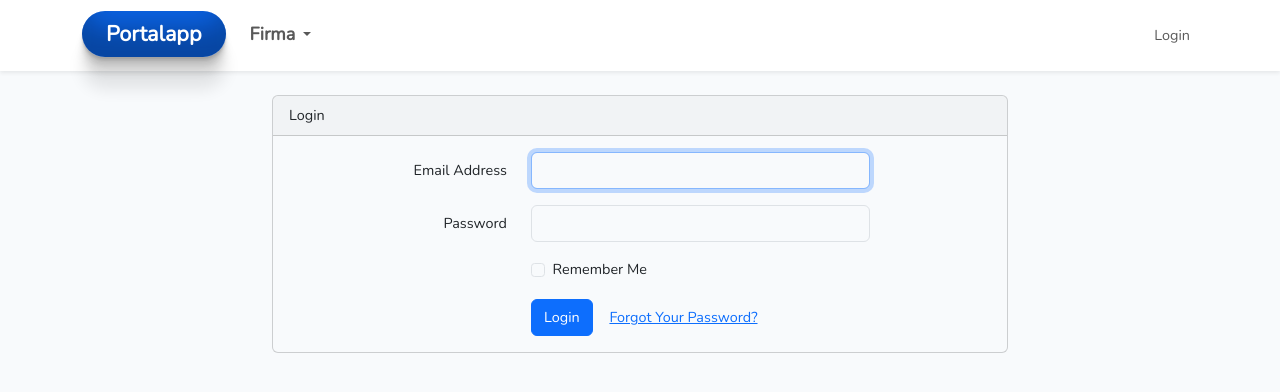
Repository: oguzhansade/portalapp
Page: http://localhost/login
These files come from the project's save history. The page is drawn as it stood at one moment and after the next save; the edit follows.
The browser window is 1280 px wide. The pictures show the whole page.
The page is served by the project's Laravel application, run on PHP 8.4 with Laravel 9. Other server files are loaded and not shown. Style sheets and scripts are compiled from the project's sources, by tool versions that may differ from the author's.

Above is the page before, as saved 2023-06-29 11:39:29.

### routes/web.php
<?php

use Illuminate\Support\Facades\Route;
use Illuminate\Support\Facades\Auth;

/*
|--------------------------------------------------------------------------
| Web Routes
|--------------------------------------------------------------------------
|
| Here is where you can register web routes for your application. These
| routes are loaded by the RouteServiceProvider within a group which
| contains the "web" middleware group. Now create something great!
|
*/
Route::get('/', function () {
    return view('welcome');
});
Route::get('/schnellanform', [App\Http\Controllers\front\formcraft\FormCraftController::class, 'handleSchnellanfrageForm'])->name('handleSchnellanfrageForm');
Route::get('/privatumzugform', [App\Http\Controllers\front\formcraft\FormCraftController::class, 'handlePrivatumzugForm'])->name('handlePrivatumzugForm');
Route::get('/kontaktform', [App\Http\Controllers\front\formcraft\FormCraftController::class, 'handleKontaktForm'])->name('handleKontaktForm');
Route::get('/reinigungform', [App\Http\Controllers\front\formcraft\FormCraftController::class, 'handleReinigungForm'])->name('handleReinigungForm');
Route::get('/firmenform', [App\Http\Controllers\front\formcraft\FormCraftController::class, 'handleFirmenForm'])->name('handleFirmenForm');
Route::get('/mailTester', [App\Http\Controllers\front\formcraft\FormCraftController::class, 'mailTester'])->name('mailTester');

Auth::routes(['register' => false]);

Route::group(['namespace' => 'front', 'middleware' => ['auth']], function () {
    Route::group(['namespace' => 'home', 'as' => 'home.'], function () {
        Route::get('/', [App\Http\Controllers\front\home\indexController::class, 'index'])->name('index');
    });
    Route::group(['namespace' => 'firma', 'as' => 'firma.','prefix' => 'firma'], function () {
        Route::get('/', [App\Http\Controllers\front\firma\indexController::class, 'index'])->name('index');
        Route::get('/create', [App\Http\Controllers\front\firma\indexController::class, 'create'])->name('create');
        Route::post('/create', [App\Http\Controllers\front\firma\indexController::class, 'store'])->name('store');
        Route::get('/detail/{id}', [App\Http\Controllers\front\firma\indexController::class, 'detail'])->name('detail');
        Route::get('/edit/{id}', [App\Http\Controllers\front\firma\indexController::class, 'edit'])->name('edit');
        Route::post('/edit/{id}', [App\Http\Controllers\front\firma\indexController::class, 'update'])->name('update');
        Route::get('/delete/{id}', [App\Http\Controllers\front\firma\indexController::class, 'delete'])->name('delete');
        Route::post('/data', [App\Http\Controllers\front\firma\indexController::class, 'data'])->name('data');
        Route::post('/recordData/{id}', [App\Http\Controllers\front\firma\indexController::class, 'recordData'])->name('recordData');
    });

    Route::group(['namespace' => 'offerList', 'as' => 'offerList.','prefix' => 'offerList'], function () {
        Route::get('/', [App\Http\Controllers\front\offerList\indexController::class, 'index'])->name('index');
        Route::post('/data', [App\Http\Controllers\front\offerList\indexController::class, 'data'])->name('data');
        Route::post('/statusChanger/{id}/{type}', [App\Http\Controllers\front\offerList\indexController::class, 'statusChanger'])->name('statusChanger');
        Route::get('/statusChanger/{id}/{type}', [App\Http\Controllers\front\offerList\indexController::class, 'statusChanger'])->name('statusChanger');
        Route::get('/detail/{id}/{type}', [App\Http\Controllers\front\offerList\indexController::class, 'detail'])->name('detail');

    });
});



Route::get('/home', [App\Http\Controllers\HomeController::class, 'index'])->name('home');

### resources/views/layouts/app.blade.php
<!doctype html>
<html lang="{{ str_replace('_', '-', app()->getLocale()) }}">
<head>
    <meta charset="utf-8">
    <meta name="viewport" content="width=device-width, initial-scale=1">

    <!-- CSRF Token -->
    <meta name="csrf-token" content="{{ csrf_token() }}">

    <title>{{ config('app.name', 'Laravel') }}</title>

    <!-- Fonts -->
    <link rel="dns-prefetch" href="//fonts.bunny.net">
    <link href="https://fonts.bunny.net/css?family=Nunito" rel="stylesheet">
    <link href="{{ asset('assets/vendors/material-icons/material-icons.css') }}" rel="stylesheet" type="text/css">
    <link href="{{ asset('assets/vendors/mono-social-icons/monosocialiconsfont.css') }}" rel="stylesheet" type="text/css">
    <link href="{{ asset('assets/vendors/feather-icons/feather.css') }}" rel="stylesheet" type="text/css">
    <style>
        .b-shadow {
            box-shadow: rgba(0, 0, 0, 0.17) 0px -23px 25px 0px inset, rgba(0, 0, 0, 0.15) 0px -36px 30px 0px inset, rgba(0, 0, 0, 0.1) 0px -79px 40px 0px inset, rgba(0, 0, 0, 0.06) 0px 2px 1px, rgba(0, 0, 0, 0.09) 0px 4px 2px, rgba(0, 0, 0, 0.09) 0px 8px 4px, rgba(0, 0, 0, 0.09) 0px 16px 8px, rgba(0, 0, 0, 0.09) 0px 32px 16px;
        }
        .custom-font {
            color: white;
            font-weight: 700;
        }
        .rounded-custom {
            border-radius: 35px;
        }
        a.dropdown-item:hover {
            background-color: #094AA9;
            color:white;
        }
    </style>
    <!-- Scripts -->
    @vite(['resources/sass/app.scss', 'resources/js/app.js'])
    @yield('header')
</head>
<body>
    <div id="app">
        <nav class="navbar navbar-expand-md navbar-light bg-white shadow-sm ">
            <div class="container py-2">
                <a class="navbar-brand" href="{{ url('/') }}">
                    <span class="h4 px-4 py-2 bg-primary text-white b-shadow rounded-custom"><b>{{ config('app.name', 'Laravel') }}</b></span> </span>
                </a>
                <button class="navbar-toggler" type="button" data-bs-toggle="collapse" data-bs-target="#navbarSupportedContent" aria-controls="navbarSupportedContent" aria-expanded="false" aria-label="{{ __('Toggle navigation') }}">
                    <span class="navbar-toggler-icon"></span>
                </button>

                <div class="collapse navbar-collapse " id="navbarSupportedContent">
                    <!-- Left Side Of Navbar -->
                    <ul class="navbar-nav me-auto ">
                        <li class="nav-item dropdown ml-5">
                            <a id="navbarDropdown" class="nav-link dropdown-toggle " href="#" role="button" data-bs-toggle="dropdown" aria-haspopup="true" aria-expanded="false" v-pre>
                               <strong class="h5 " style="font-weight: bolder;">Firma</strong>
                            </a>

                            <div class="dropdown-menu" aria-labelledby="navbarDropdown">
                                <a class="dropdown-item h5" href="{{ route('firma.index') }}">
                                    Firma Listesi
                                </a>
                                <a class="dropdown-item h5" href="{{ route('firma.create') }}">
                                    Firma Ekle
                                </a>
                            </div>
                        </li>
                    </ul>

                    <!-- Right Side Of Navbar -->
                    <ul class="navbar-nav ms-auto">
                        <!-- Authentication Links -->
                        @guest
                            @if (Route::has('login'))
                                <li class="nav-item">
                                    <a class="nav-link" href="{{ route('login') }}">{{ __('Login') }}</a>
                                </li>
                            @endif

                            @if (Route::has('register'))
                                <li class="nav-item">
                                    <a class="nav-link" href="{{ route('register') }}">{{ __('Register') }}</a>
                                </li>
                            @endif
                        @else
                            <li class="nav-item dropdown">
                                <a id="navbarDropdown" class="nav-link dropdown-toggle h4 px-4 py-2 bg-primary text-white b-shadow rounded-custom" href="#" role="button" data-bs-toggle="dropdown" aria-haspopup="true" aria-expanded="false" v-pre>
                                    {{ Auth::user()->name }}
                                </a>

                                <div class="dropdown-menu dropdown-menu-end" aria-labelledby="navbarDropdown">
                                    <a class="dropdown-item" href="{{ route('logout') }}"
                                       onclick="event.preventDefault();
                                                     document.getElementById('logout-form').submit();">
                                        {{ __('Logout') }}
                                    </a>

                                    <form id="logout-form" action="{{ route('logout') }}" method="POST" class="d-none">
                                        @csrf
                                    </form>
                                </div>
                            </li>
                        @endguest
                    </ul>
                </div>
            </div>
        </nav>

        <main class="py-4">
            @yield('content')
        </main>
    </div>
    <script src="https://code.jquery.com/jquery-3.6.0.min.js"></script>
    @yield('footer')
</body>
</html>

Loaded but not shown: app/Http/Controllers/Auth/ConfirmPasswordController.php (common file); app/Http/Controllers/Controller.php (common file); app/Http/Controllers/Auth/LoginController.php (common file); resources/views/auth/login.blade.php (common file); public/assets/vendors/material-icons/material-icons.css (common file); public/assets/vendors/mono-social-icons/monosocialiconsfont.css (common file); public/assets/vendors/feather-icons/feather.css (library); resources/sass/app.scss (common file); resources/sass/_variables.scss (common file)

After the next save:
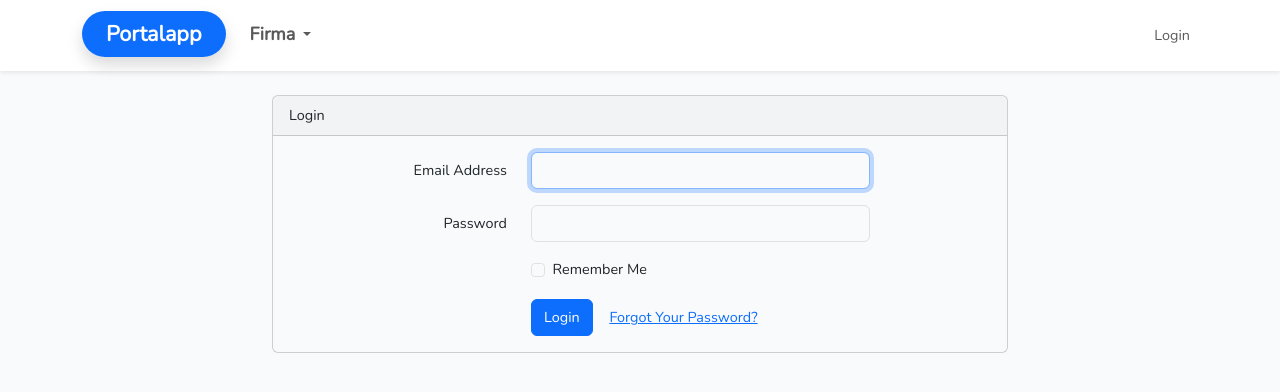
Saved 26 s later.
--- a/resources/views/layouts/app.blade.php
+++ b/resources/views/layouts/app.blade.php
@@ -40,7 +40,7 @@
         <nav class="navbar navbar-expand-md navbar-light bg-white shadow-sm ">
             <div class="container py-2">
                 <a class="navbar-brand" href="{{ url('/') }}">
-                    <span class="h4 px-4 py-2 bg-primary text-white b-shadow rounded-custom"><b>{{ config('app.name', 'Laravel') }}</b></span> </span>
+                    <span class="h4 px-4 py-2 bg-primary text-white shadow rounded-custom"><b>{{ config('app.name', 'Laravel') }}</b></span> </span>
                 </a>
                 <button class="navbar-toggler" type="button" data-bs-toggle="collapse" data-bs-target="#navbarSupportedContent" aria-controls="navbarSupportedContent" aria-expanded="false" aria-label="{{ __('Toggle navigation') }}">
                     <span class="navbar-toggler-icon"></span>
